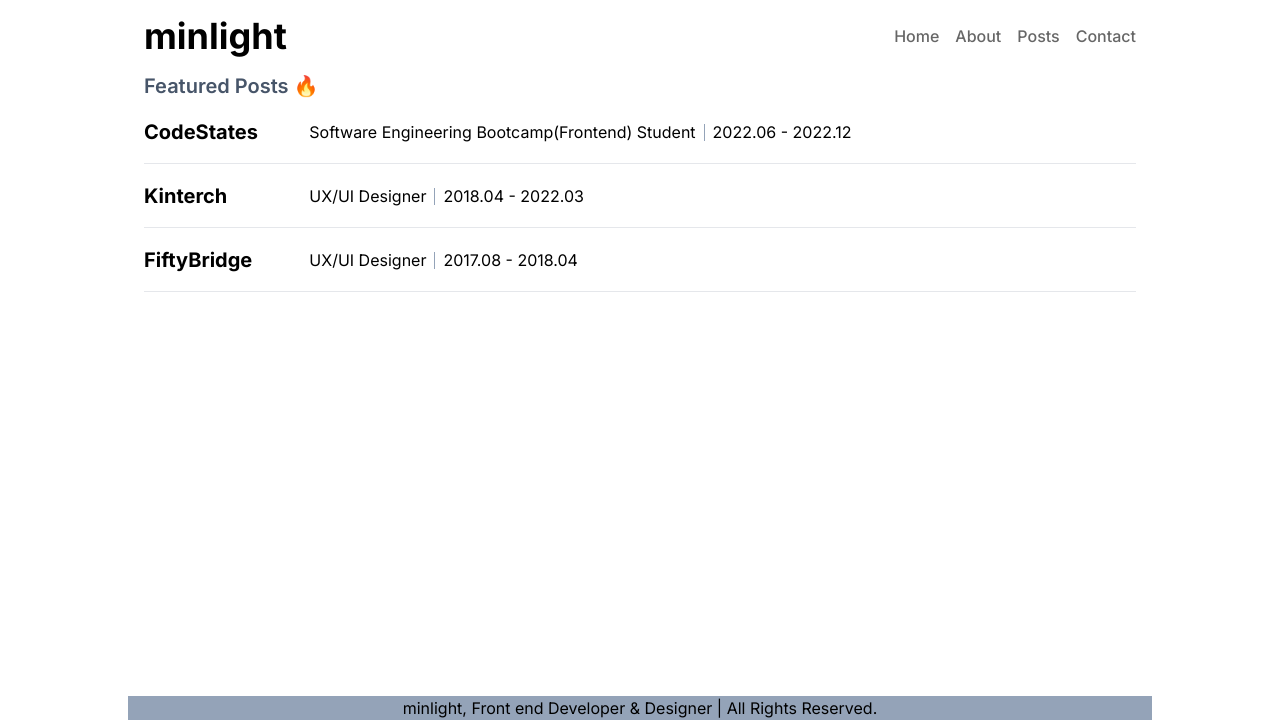
Repository: kwngmin/minlight-blog
Page: /about
An editor plug-in stored every save of this project. The page is shown before and after the next save, followed by the edit.
The browser window is 1280 px wide. The pictures show the whole page.
The project was rebuilt for these pictures with package versions that can differ from the ones it lists, and the page was loaded fresh each time. The framework's server and built-in components were replaced by stand-ins that run in the browser. Also part of the build but not shown: next.config.js.

Above is the page before, as saved 2023-04-01 00:01:33.

### src/app/layout.tsx
import Footer from "@/components/Footer";
import "./globals.css";
import { Inter } from "next/font/google";
import Header from "@/components/Header";

const inter = Inter({ subsets: ["latin"] });

export const metadata = {
  title: "Create Next App",
  description: "Generated by create next app",
};

export default function RootLayout({
  children,
}: {
  children: React.ReactNode;
}) {
  return (
    <html lang="en" className={inter.className}>
      <body className="flex flex-col w-full max-w-screen-lg mx-auto">
        <Header />
        <main className="grow mx-4">{children}</main>
        <Footer />
      </body>
    </html>
  );
}

### src/app/about/page.tsx
export default function AboutPage() {
  const careerData = [
    {
      company: "CodeStates",
      role: "Software Engineering Bootcamp(Frontend) Student",
      period: "2022.06 - 2022.12",
    },
    {
      company: "Kinterch",
      role: "UX/UI Designer",
      period: "2018.04 - 2022.03",
    },
    {
      company: "FiftyBridge",
      role: "UX/UI Designer",
      period: "2017.08 - 2018.04",
    },
  ];
  return (
    <article>
      <h2 className="text-xl font-semibold text-slate-600">
        Featured Posts 🔥
      </h2>
      <ul>
        {careerData.map(({ company, role, period }) => (
          <li key={company} className="flex items-center h-16 border-b">
            <h3 className="font-bold text-xl w-1/6">{company}</h3>
            <p>
              {role}
              <span className="border-l text-sm mx-2 border-slate-400" />
              {period}
            </p>
          </li>
        ))}
      </ul>
    </article>
  );
}

### src/components/Footer.tsx
export default function Footer() {
  return (
    <p className="bg-slate-400 text-center">
      minlight, Front end Developer & Designer | All Rights Reserved.
    </p>
  );
}

### src/app/globals.css
@tailwind base;
@tailwind components;
@tailwind utilities;

* {
  box-sizing: border-box;
  padding: 0;
  margin: 0;
}

html,
body {
  height: 100vh;
  overflow-y: auto;
}

/*
:root {
  --max-width: 1100px;
  --border-radius: 12px;
  --font-mono: ui-monospace, Menlo, Monaco, "Cascadia Mono", "Segoe UI Mono",
    "Roboto Mono", "Oxygen Mono", "Ubuntu Monospace", "Source Code Pro",
    "Fira Mono", "Droid Sans Mono", "Courier New", monospace;

  --foreground-rgb: 0, 0, 0;
  --background-start-rgb: 214, 219, 220;
  --background-end-rgb: 255, 255, 255;

  --primary-glow: conic-gradient(
    from 180deg at 50% 50%,
    #16abff33 0deg,
    #0885ff33 55deg,
    #54d6ff33 120deg,
    #0071ff33 160deg,
    transparent 360deg
  );
  --secondary-glow: radial-gradient(
    rgba(255, 255, 255, 1),
    rgba(255, 255, 255, 0)
  );

  --tile-start-rgb: 239, 245, 249;
  --tile-end-rgb: 228, 232, 233;
  --tile-border: conic-gradient(
    #00000080,
    #00000040,
    #00000030,
    #00000020,
    #00000010,
    #00000010,
    #00000080
  );

  --callout-rgb: 238, 240, 241;
  --callout-border-rgb: 172, 175, 176;
  --card-rgb: 180, 185, 188;
  --card-border-rgb: 131, 134, 135;
}

@media (prefers-color-scheme: dark) {
  :root {
    --foreground-rgb: 255, 255, 255;
    --background-start-rgb: 0, 0, 0;
    --background-end-rgb: 0, 0, 0;

    --primary-glow: radial-gradient(rgba(1, 65, 255, 0.4), rgba(1, 65, 255, 0));
    --secondary-glow: linear-gradient(
      to bottom right,
      rgba(1, 65, 255, 0),
      rgba(1, 65, 255, 0),
      rgba(1, 65, 255, 0.3)
    );

    --tile-start-rgb: 2, 13, 46;
    --tile-end-rgb: 2, 5, 19;
    --tile-border: conic-gradient(
      #ffffff80,
      #ffffff40,
      #ffffff30,
      #ffffff20,
      #ffffff10,
      #ffffff10,
      #ffffff80
    );

    --callout-rgb: 20, 20, 20;
    --callout-border-rgb: 108, 108, 108;
    --card-rgb: 100, 100, 100;
    --card-border-rgb: 200, 200, 200;
  }
}

* {
  box-sizing: border-box;
  padding: 0;
  margin: 0;
}

html,
body {
  max-width: 100vw;
  overflow-x: hidden;
}

body {
  color: rgb(var(--foreground-rgb));
  background: linear-gradient(
      to bottom,
      transparent,
      rgb(var(--background-end-rgb))
    )
    rgb(var(--background-start-rgb));
}

a {
  color: inherit;
  text-decoration: none;
}

@media (prefers-color-scheme: dark) {
  html {
    color-scheme: dark;
  }
} */

### src/components/Header.tsx
import Link from "next/link";

const navData = [
  { name: "Home", path: "/" },
  { name: "About", path: "/about" },
  { name: "Posts", path: "/posts" },
  { name: "Contact", path: "/contact" },
];

export default function Header() {
  return (
    <div className="max-w-screen-2xl">
      <div className="flex justify-between items-center m-4">
        <Link href="/">
          <h1 className="text-4xl font-bold">minlight</h1>
        </Link>
        <nav className="flex gap-4">
          {navData.map(({ name, path }) => (
            <Link
              href={path}
              key={path}
              className="text-black/60 hover:text-black font-medium hover:underline decoration-slate-400 hover:decoration-4 underline-offset-8"
            >
              {name}
            </Link>
          ))}
        </nav>
      </div>
    </div>
  );
}

### tailwind.config.js
/** @type {import('tailwindcss').Config} */
module.exports = {
  content: ["./src/**/*.{js,ts,jsx,tsx}"],
  theme: {
    extend: {},
  },
  plugins: [require("@tailwindcss/typography")],
};

After the next save:
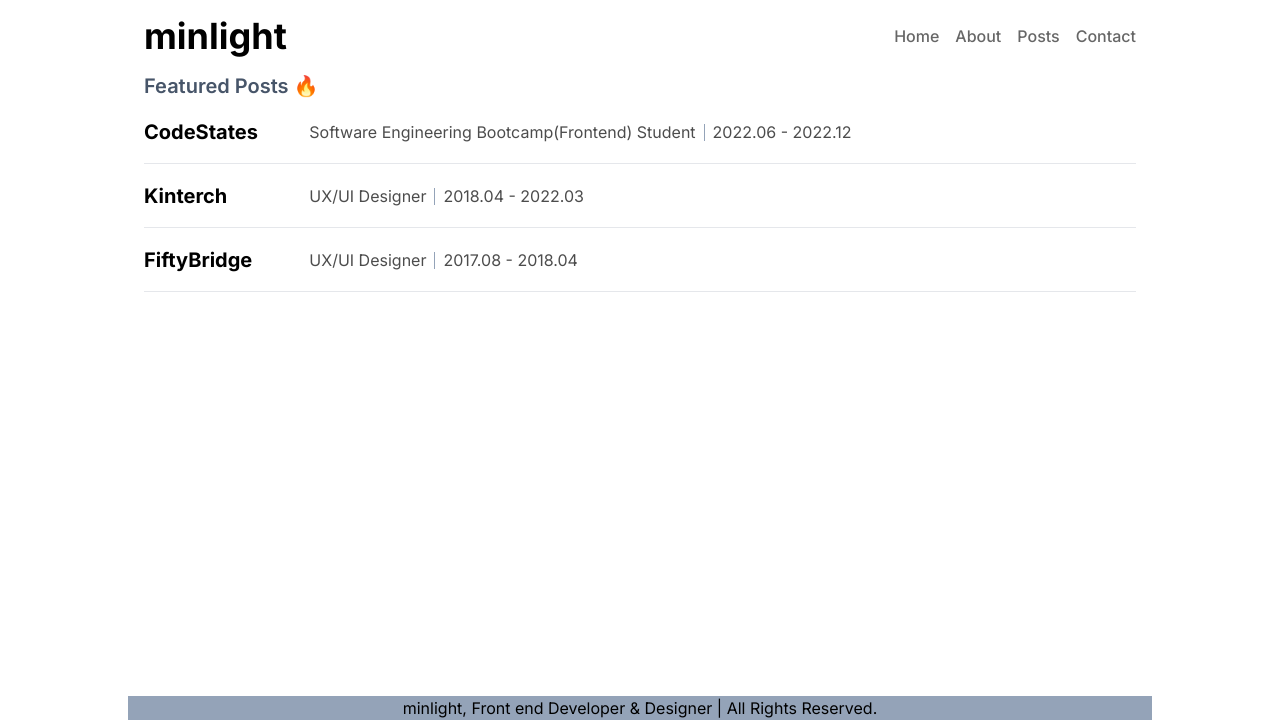
Saved 44 s later.
--- a/src/app/about/page.tsx
+++ b/src/app/about/page.tsx
@@ -25,7 +25,7 @@ export default function AboutPage() {
         {careerData.map(({ company, role, period }) => (
           <li key={company} className="flex items-center h-16 border-b">
             <h3 className="font-bold text-xl w-1/6">{company}</h3>
-            <p>
+            <p className="text-black/70">
               {role}
               <span className="border-l text-sm mx-2 border-slate-400" />
               {period}
